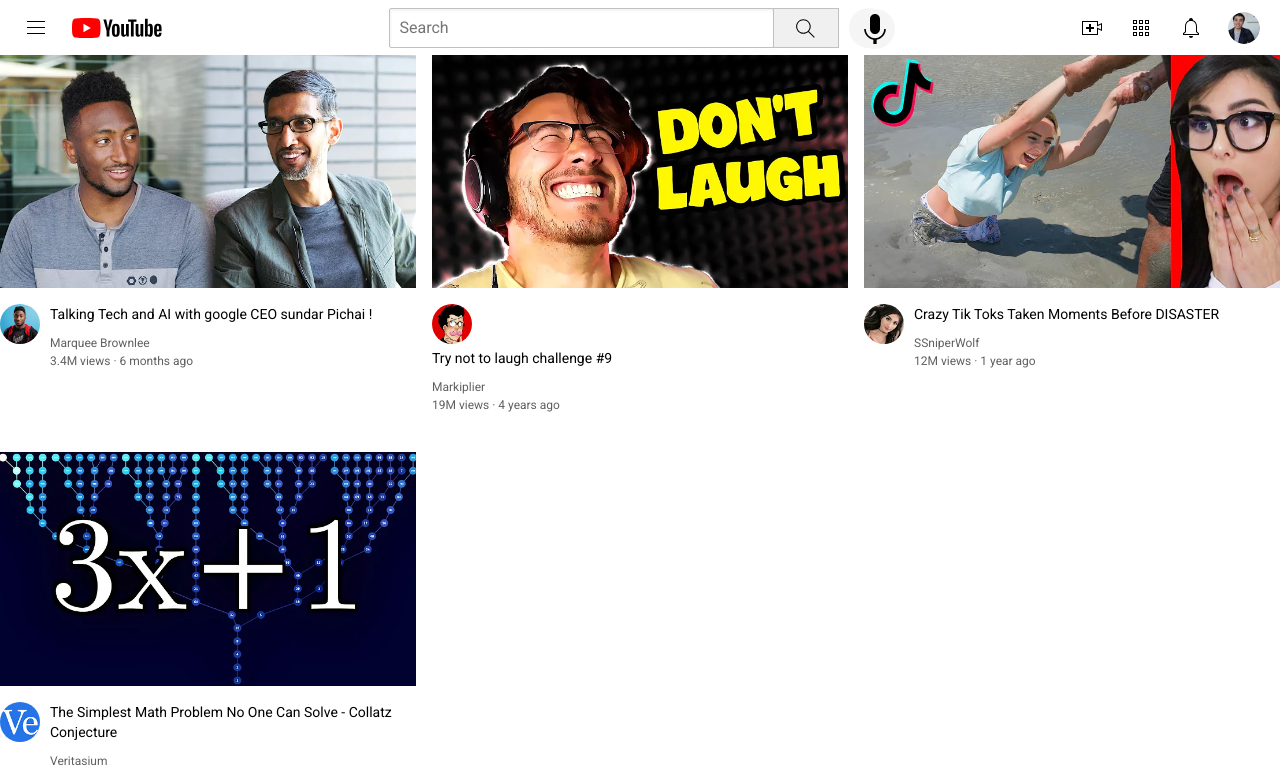
Repository: knowledgeAlan/html-css-thirteen
Page: youtube.html
These files come from the project's save history. The page is drawn as it stood at one moment and after the next save; the edit follows.
The browser window is 1280 px wide. The pictures show the whole page.

Above is the page before, as saved 2024-03-19 17:47:19.

After the next save:
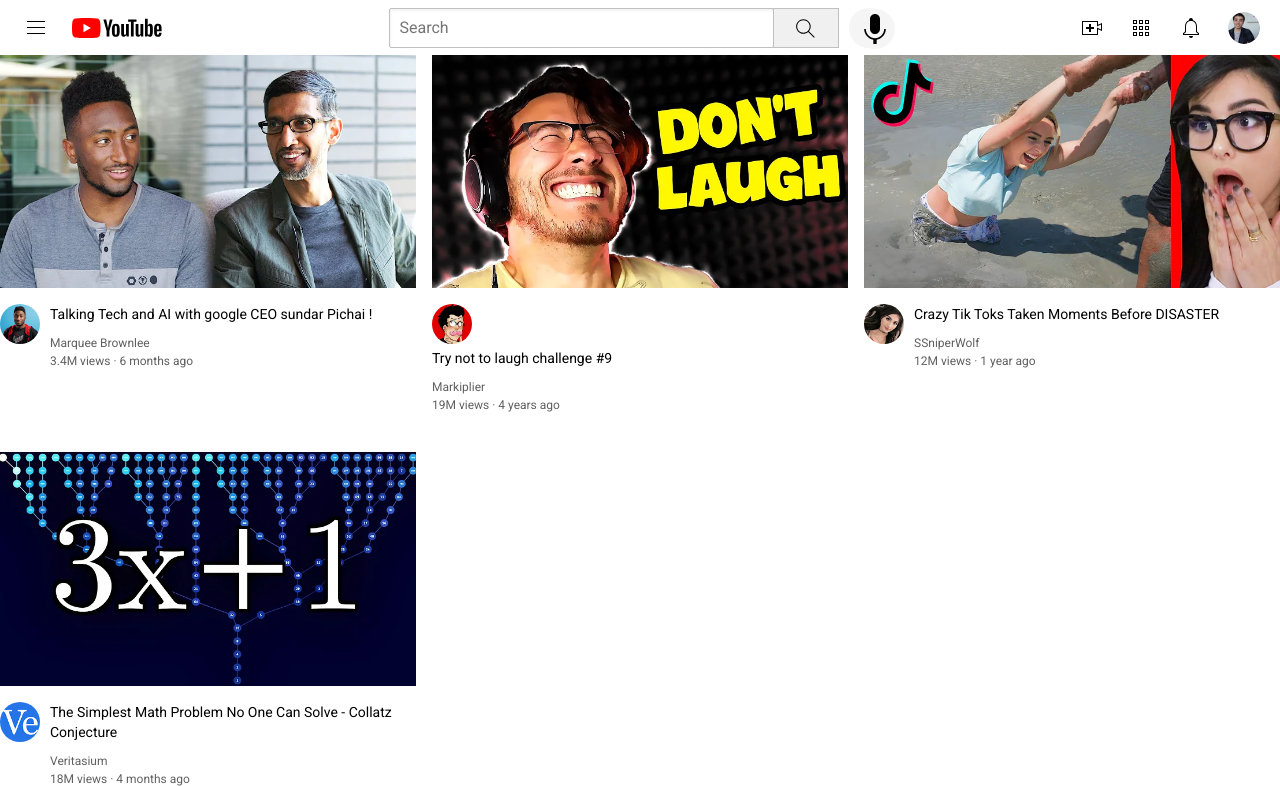
Saved 23 s later.
--- a/youtube.html
+++ b/youtube.html
@@ -153,6 +153,10 @@
                             Veritasium
                         </p>
 
+                        <p class="video-stats">
+                            18M views &#183; 4 months ago
+                        </p>
+
                     </div>
                 </div>
             </div>
